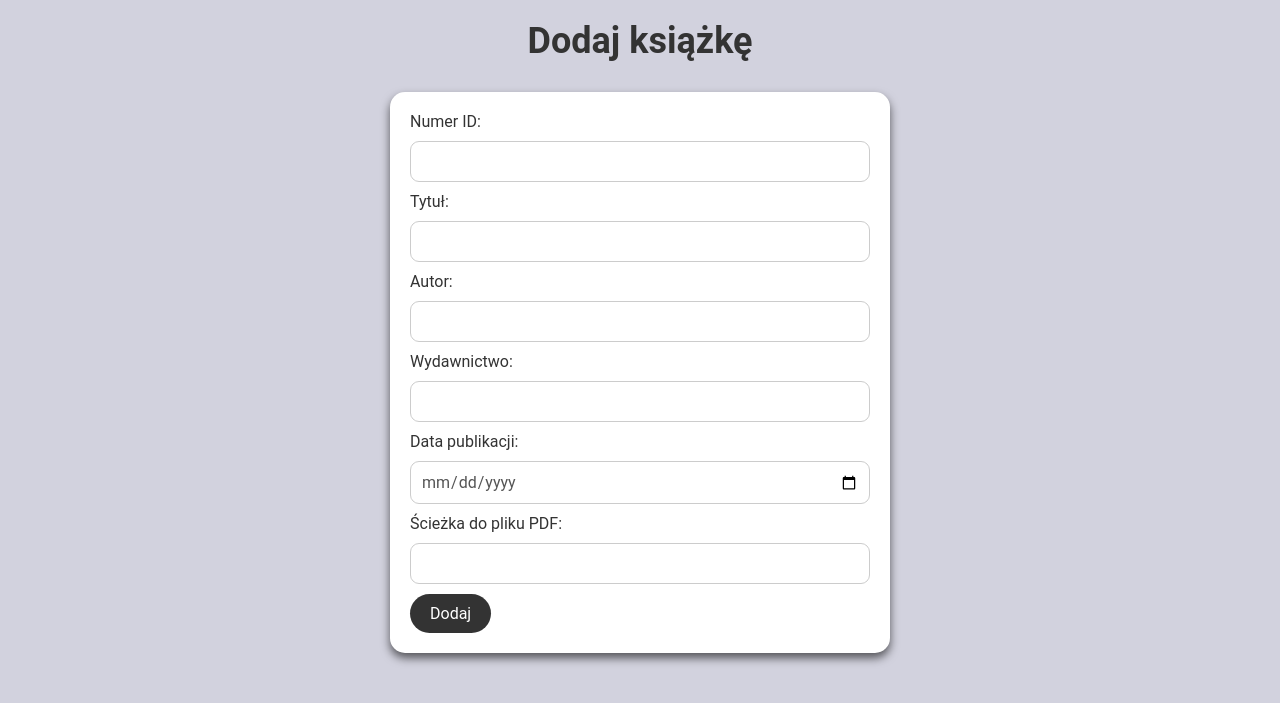
Repository: Dominik098/projekt
Page: http://localhost/biblioteka/Dodaj_ksiazke.jsp
The author's editor kept a copy of each file at every save. The page is drawn from the files as they stood at one save, then again after the next save.
The browser window is 1280 px wide. The pictures show the whole page.
The pointer rests on the first visible `button[type="submit"]`.
The page is served by Tomcat 9.

Above is the page before, as saved 2023-05-02 11:21:19.

After the next save:
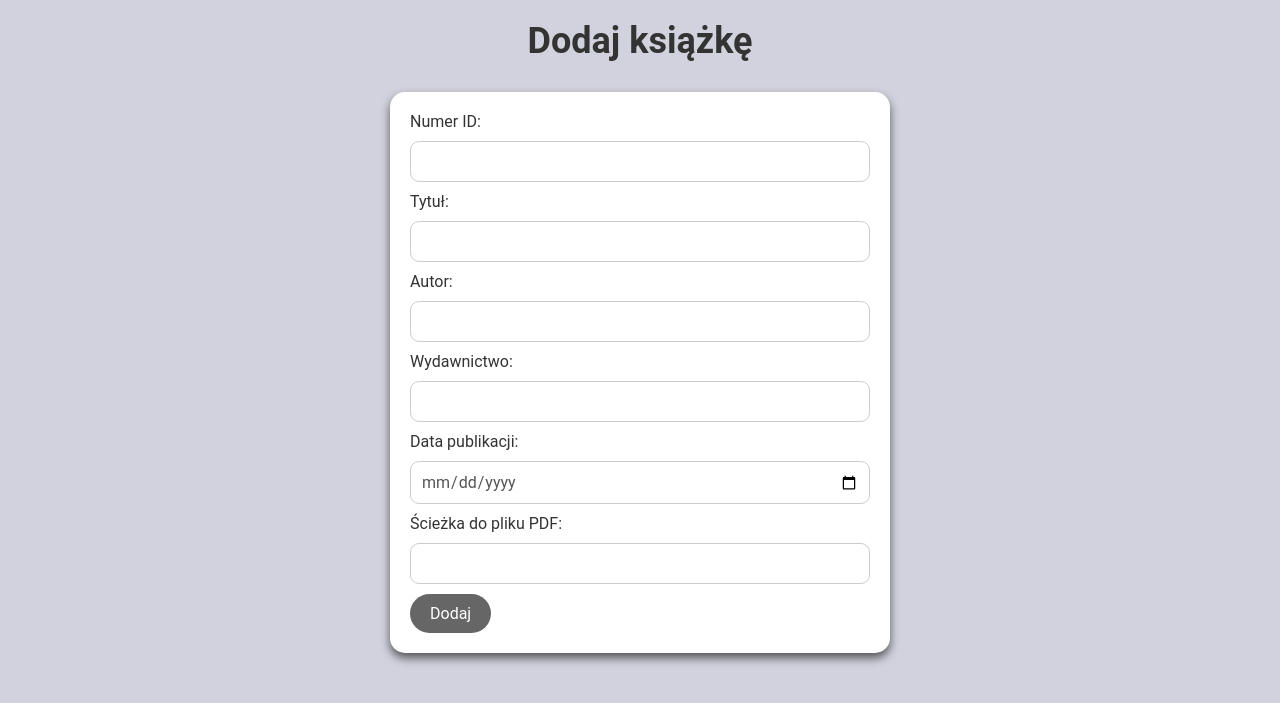
Saved 15 s later.
--- a/java projekt/biblioteka/src/main/webapp/Dodaj_ksiazke.jsp
+++ b/java projekt/biblioteka/src/main/webapp/Dodaj_ksiazke.jsp
@@ -67,7 +67,7 @@ button[type="submit"] {
 
 button[type="submit"]:hover {
   background-color: #006B8E;
-  background-color: rgba(0, 0, 0, 0.8);
+  background-color: rgba(0, 0, 0, 0.6);
 }
 
     </style>
